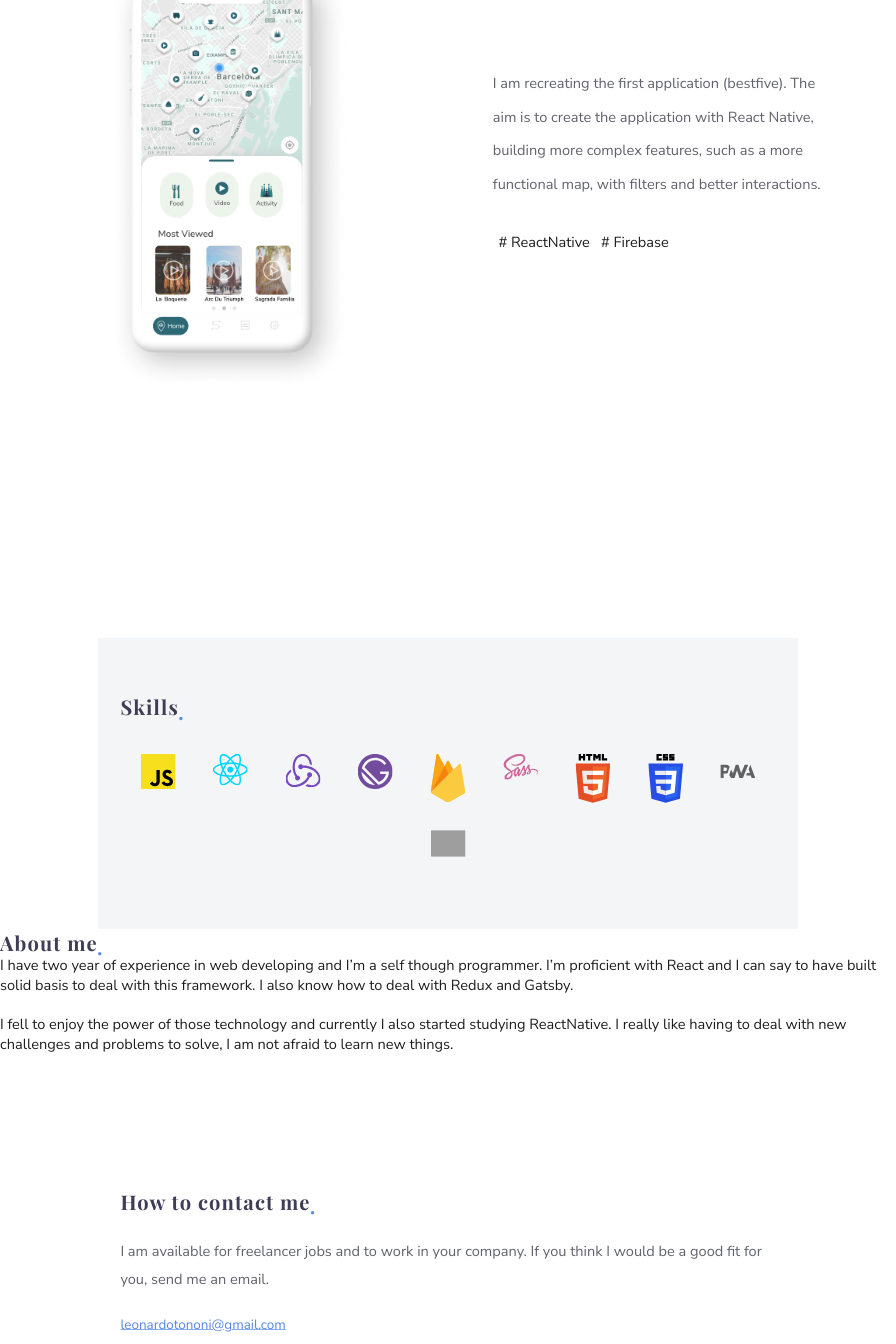
Repository: Easaaa/Portfolio-2020
Page: index.html
An editor plug-in stored every save of this project. The page is shown before and after the next save, followed by the edit.
The browser window is 1280 px wide. The pictures show the part of the page from y = 4580 to 6500 px (the page is 6838 px tall before and 6810 px after), at 70% of full size.
Pictures or frames that could not be fetched are drawn as grey boxes. The style sheet was rebuilt from its Sass, Less or Tailwind sources for each picture, by a compiler version that may differ from the author's.

Above is the page before, as saved 2020-02-28 16:25:13.

After the next save:
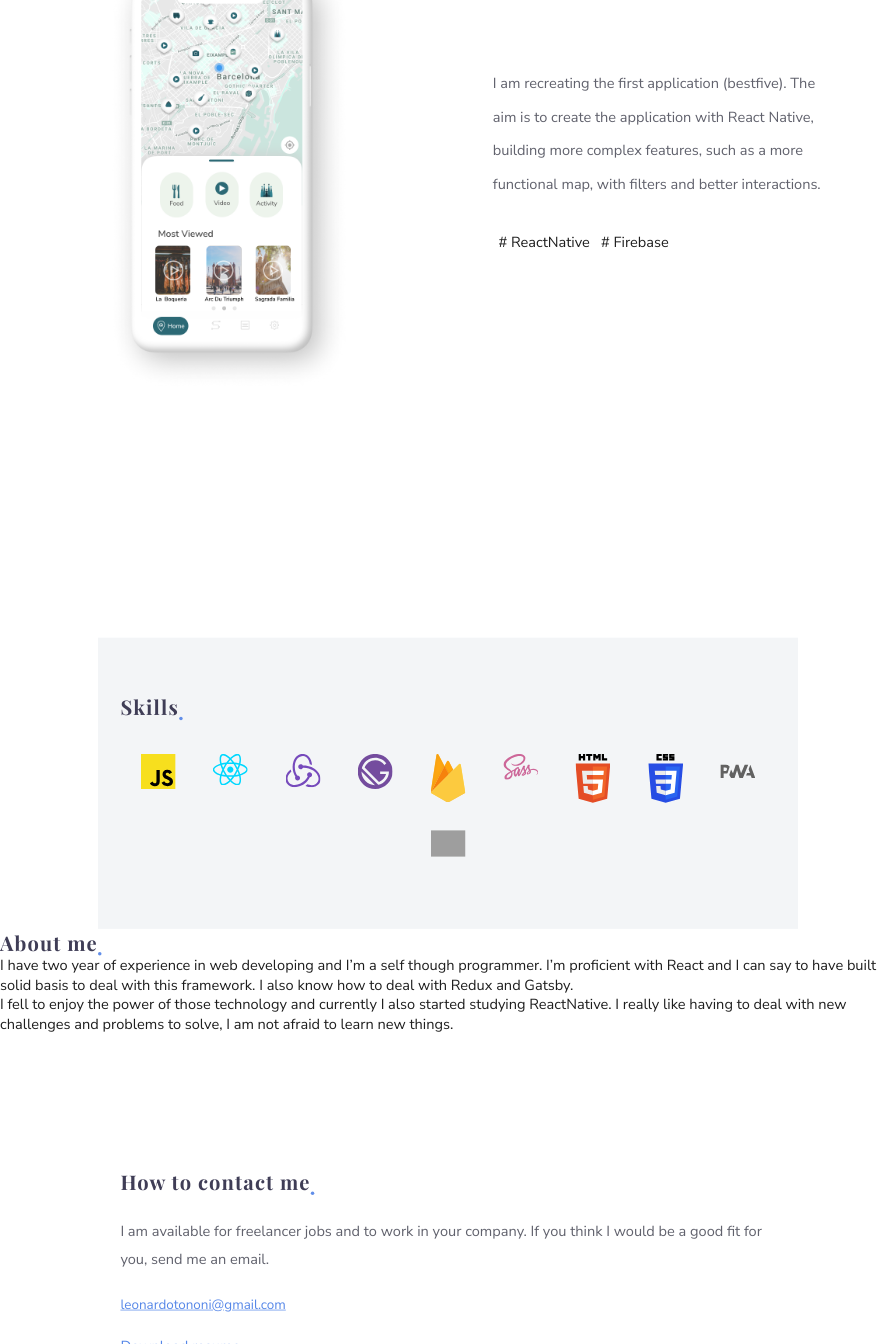
Saved 35 s later.
--- a/index.html
+++ b/index.html
@@ -237,7 +237,9 @@
         I have two year of experience in web developing and I’m a self though
         programmer. I’m proficient with React and I can say to have built solid
         basis to deal with this framework. I also know how to deal with Redux
-        and Gatsby. <br /><br />
+        and Gatsby.
+      </p>
+      <p>
         I fell to enjoy the power of those technology and currently I also
         started studying ReactNative. I really like having to deal with new
         challenges and problems to solve, I am not afraid to learn new things.
